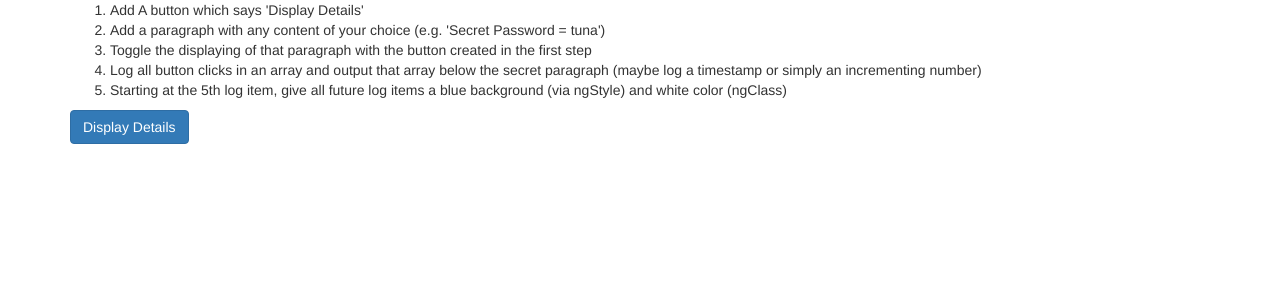
Repository: warrior1803-wang/Angular-Practices
Page: /
The author's editor kept a copy of each file at every save. The page is drawn from the files as they stood at one save, then again after the next save.
The browser window is 1280 px wide. The pictures show the whole page.
The project was rebuilt for these pictures with package versions that can differ from the ones it lists, and the page was loaded fresh each time. Also part of the build but not shown: angular.json.

Above is the page before, as saved 2022-11-03 21:58:05.

### src/app/app.component.ts
import { Component } from "@angular/core";

@Component({
  selector: "app-root",
  templateUrl: "./app.component.html",
  styleUrls: ["./app.component.css"],
})
export class AppComponent {
  showSecret = false;
  secrets = [];
  onClick() {
    this.showSecret = !this.showSecret;
    this.secrets.push(Date.now());
  }
}

### src/app/app.component.html
<div class="container">
  <div class="row">
    <div class="col-xs-12">
      <ol>
        <li>Add A button which says 'Display Details'</li>
        <li>
          Add a paragraph with any content of your choice (e.g. 'Secret Password
          = tuna')
        </li>
        <li>
          Toggle the displaying of that paragraph with the button created in the
          first step
        </li>
        <li>
          Log all button clicks in an array and output that array below the
          secret paragraph (maybe log a timestamp or simply an incrementing
          number)
        </li>
        <li>
          Starting at the 5th log item, give all future log items a blue
          background (via ngStyle) and white color (ngClass)
        </li>
      </ol>
      <button class="btn btn-primary" (click)="onClick()">
        Display Details
      </button>
      <p *ngIf="showSecret">
        my secret pleasure: listening to Peaches by Justin Bieber
      </p>
      <li *ngFor="let time of secrets">{{ time }}</li>
    </div>
  </div>
</div>

Loaded but not shown: src/index.html (common file); src/styles.css (common file); src/main.ts (common file); src/app/app.module.ts (common file); src/environments/environment.ts (common file); src/app/app.component.css (no stored copy; drawn as an empty file)

After the next save:
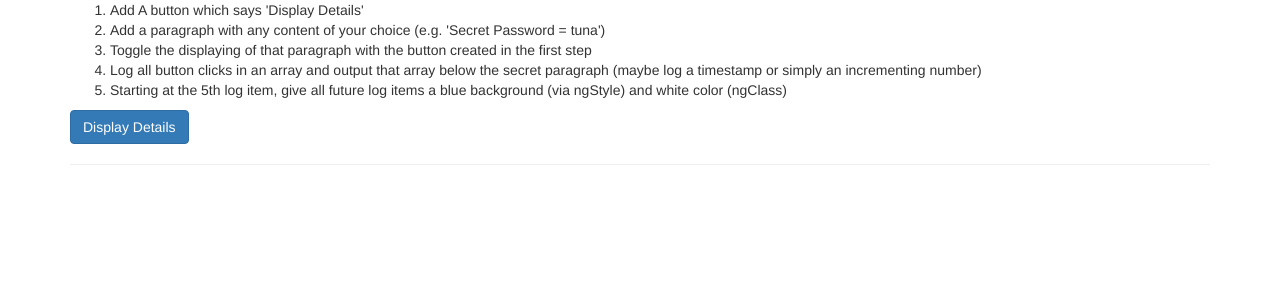
Saved 16 s later.
--- a/src/app/app.component.html
+++ b/src/app/app.component.html
@@ -27,6 +27,8 @@
       <p *ngIf="showSecret">
         my secret pleasure: listening to Peaches by Justin Bieber
       </p>
+      <br />
+      <hr />
       <li *ngFor="let time of secrets">{{ time }}</li>
     </div>
   </div>
